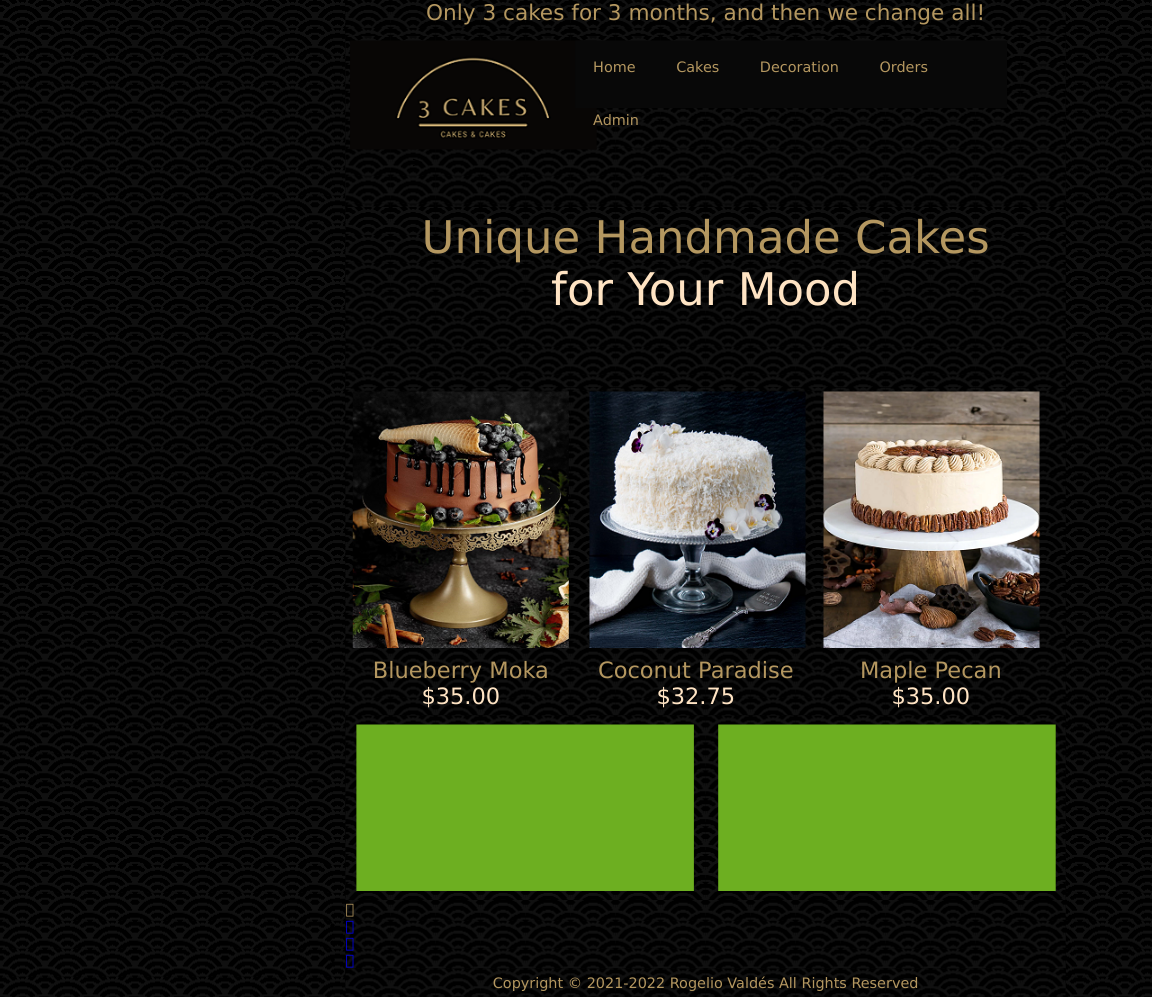
Repository: roge64/htmlfrontend
Page: index.html
The author's editor kept a copy of each file at every save. The page is drawn from the files as they stood at one save, then again after the next save.
The browser window is 1280 px wide. The pictures show the whole page, at 90% of full size.
Some web libraries are served in a nearby version.

Above is the page before, as saved 2022-03-03 21:37:41.

### index.html
<!DOCTYPE html>
<html lang="en">
<head>
    <meta charset="UTF-8">
    <meta http-equiv="X-UA-Compatible" content="IE=edge">
    <meta name="viewport" content="width=device-width, initial-scale=1.0">
    <title>3 Cakes</title>
    <link rel="stylesheet" href="estilos/estilos.css">
    <link rel="stylesheet" href="http://cdnjs.cloudflare.com/ajax/libs/font-awesome/4.4.0/css/font-awesome.min.css">
</head>

<section>

    <section id="container">

        <header>
            <p style="color:#b49760"> Only 3 cakes for 3 months, and then we change all! </p>
            <!-- <h1> <a href="index.html"><img src="/img/logob.png" alt="logo.png"></a> </h1> -->
        </header>

        <section id="banner">

            <!-- <h1> <a href="index.html"><img src="/img/logob.png" alt="logo.png"></a> </h1> -->
            <!-- <article> <a href="index.html"><img src="/img/logob.png" alt="logo.png"></a> </article> -->

            <article id="banner1"  <a href="index.html"> <img src="/img/logob.png"  alt="logo.png"></a>></article>
            <article id="banner2">
                <ul class="menu">

                <li><a href="#home"></a>Home</li>
                <li><a href="#cakes"></a>Cakes</li>
                <li><a href="#decor"></a>Decoration</li>
                <li><a href="#order"></a>Orders</li>
                <li><a href="#admin"></a>Admin</li>
            </ul></article>

        </section>

        <section id="noticias">

            <article id="news1">
                <p style="color:#b49760"> Unique Handmade Cakes</p>
                <p style="color: bisque"> for Your Mood</p>
            </article>


        </section>

        <section id="tienda">
            <article id="cake1"> <img src="/img/cake1.png"  alt="logo.png"></article>
            <article id="cake2"> <img src="/img/cake2.png"  alt="logo.png"></article>
            <article id="cake3"> <img src="/img/cake3.png"  alt="logo.png"></article>
        </section>


        <section id="names">
            <article id="name1">
                <p style="color:#b49760"> Blueberry Moka</p>
                <p style="color: bisque"> $35.00</p>
            </article>
            <article id="name2">
                <p style="color:#b49760"> Coconut Paradise</p>
                <p style="color: bisque"> $32.75</p>
            </article>
            <article id="name3">
                <p style="color:#b49760"> Maple Pecan</p>
                <p style="color: bisque"> $35.00</p>
            </article>
        </section>


        <section id="marcas">
            <article id="mark1">

            </article>
            <article id="mark2">

            </article>
        </section>

        <div class="social">
            <ul>
                <li><a href="#" target="_self" rel="noopener noreferrer" style="color:#b49760"><span class="queeny_fa5_icons fab fa-twitter"></span></a></li>
                <li><a href="#" target="_self" rel="noopener noreferrer"><span class="queeny_fa5_icons fab fa-facebook-f"></span></a></li>
                <li><a href="#" target="_self" rel="noopener noreferrer"><span class="queeny_fa5_icons fab fa-instagram"></span></a></li>
                <li><a href="#" target="_self" rel="noopener noreferrer"><span class="queeny_fa5_icons fab fa-youtube"></span></a></li>
            </ul>

        </div>

        <footer>
            <p style="color:#b49760"> Copyright &copy; 2021-<script>document.write(new Date().getFullYear())</script> Rogelio Valdés All Rights Reserved</p>
            <article id="footer1"></article>
        </footer>

    </section>

</body>

</html>

### estilos/estilos.css
*{
    border: 0 ;
    margin: 0 ;
    padding: 0;
}

body{
    font-family: Geneva;
    background-color: rgb(0, 0, 0);
    width:40%;
    margin-left:auto;
    margin-right:auto;

    background-color:black;
background-image:
radial-gradient(circle at 100% 150%, black 24%, #101010 24%, #101010 28%, black 28%, black 36%, #101010 36%, #101010 40%, transparent 40%, transparent),
radial-gradient(circle at 0    150%, black 24%, #101010 24%, #101010 28%, black 28%, black 35%, #101010 36%, #101010 40%, transparent 40%, transparent),
radial-gradient(circle at 50%  100%, #101010 10%, black 10%, black 23%, #101010 23%, #101010 30%, black 30%, black 43%, #101010 43%, #101010 50%, black 50%, black 63%, #101010 63%, #101010 71%, transparent 71%, transparent),
radial-gradient(circle at 100% 50%, #101010 5%, black 5%, black 15%, #101010 15%, #101010 20%, black 20%, black 29%, #101010 29%, #101010 34%, black 34%, black 44%, #101010 44%, #101010 49%, transparent 49%, transparent),
radial-gradient(circle at 0    50%, #101010 5%, black 5%, black 15%, #101010 15%, #101010 20%, black 20%, black 29%, #101010 29%, #101010 34%, black 34%, black 44%, #101010 44%, #101010 48%, transparent 49%, transparent);
background-size: 50px 31px;
/*     background-image: url("/img/papyrus-dark.png"); */
}

.menu{
    list-style: none;
    padding: 0;
    background: #080808;
    width: 80%;
    height: 75px;
    max-width: 500px;
    margin: auto;
}

.menu li{
    text-decoration: none;
    color: #b49760;
    padding: 20px;
    display: block;
}

.menu li{
    display: inline-block;
    text-align: right;
}

.menu li:hover{
    background:rgb(41, 23, 3);
}


#container, header, #banner, #noticias, #marcas, footer{
    /* background-color:rgb(255, 255, 255); */
    background-color:black;
background-image:
radial-gradient(circle at 100% 150%, black 24%, #101010 24%, #101010 28%, black 28%, black 36%, #101010 36%, #101010 40%, transparent 40%, transparent),
radial-gradient(circle at 0    150%, black 24%, #101010 24%, #101010 28%, black 28%, black 35%, #101010 36%, #101010 40%, transparent 40%, transparent),
radial-gradient(circle at 50%  100%, #101010 10%, black 10%, black 23%, #101010 23%, #101010 30%, black 30%, black 43%, #101010 43%, #101010 50%, black 50%, black 63%, #101010 63%, #101010 71%, transparent 71%, transparent),
radial-gradient(circle at 100% 50%, #101010 5%, black 5%, black 15%, #101010 15%, #101010 20%, black 20%, black 29%, #101010 29%, #101010 34%, black 34%, black 44%, #101010 44%, #101010 49%, transparent 49%, transparent),
radial-gradient(circle at 0    50%, #101010 5%, black 5%, black 15%, #101010 15%, #101010 20%, black 20%, black 29%, #101010 29%, #101010 34%, black 34%, black 44%, #101010 44%, #101010 48%, transparent 49%, transparent);
background-size: 50px 31px;

    height: 1100px;
    width: 800px;

}

header{
/*     background-color:antiquewhite;
 */
    height: 40px;
    text-align: center;
    font-size: x-large;

}

#banner{
    background-color:#080808;
/*     background-color:rgb(25, 25, 25); */
    width: 600;
    height: 190px;


}


#noticias{
/*     background-color: antiquewhite;
 */
    height: 200px;
}

#tienda #names{
/*     background-color: grey; */
/* background-color:black;
background-image:
radial-gradient(circle at 100% 150%, black 24%, #101010 24%, #101010 28%, black 28%, black 36%, #101010 36%, #101010 40%, transparent 40%, transparent),
radial-gradient(circle at 0    150%, black 24%, #101010 24%, #101010 28%, black 28%, black 35%, #101010 36%, #101010 40%, transparent 40%, transparent),
radial-gradient(circle at 50%  100%, #101010 10%, black 10%, black 23%, #101010 23%, #101010 30%, black 30%, black 43%, #101010 43%, #101010 50%, black 50%, black 63%, #101010 63%, #101010 71%, transparent 71%, transparent),
radial-gradient(circle at 100% 50%, #101010 5%, black 5%, black 15%, #101010 15%, #101010 20%, black 20%, black 29%, #101010 29%, #101010 34%, black 34%, black 44%, #101010 44%, #101010 49%, transparent 49%, transparent),
radial-gradient(circle at 0    50%, #101010 5%, black 5%, black 15%, #101010 15%, #101010 20%, black 20%, black 29%, #101010 29%, #101010 34%, black 34%, black 44%, #101010 44%, #101010 48%, transparent 49%, transparent);
background-size: 50px 31px; */

    height: 300px;
    width: 780px;
    padding-left: 10px;
    padding-right: 10px;
    padding-top: 5px;
    text-align: center;
}

#marcas{
/*     background-color:rgb(58, 41, 18); */
    height: 205px;
}


footer{
    width: 800px;
/*     background-color:rgb(0, 0, 0); */
    text-align: center;
    height: 25px;
    padding-top: 7px;

}

#banner #banner1{
/*     background-color: rgb(180, 134, 73); */
    width: 150px;
    height: 145px;
    float: left;
    text-align: center;
/*     display: inline-block; */
    margin: 5px 5px;
}

#banner #banner2{
/*     background-color: rgb(180, 134, 73); */
    width: 600px;
    height: 145px;
    float: right;
/*     display: inline-block; */
    /* vertical-align: center;  */
    margin: 5px 5px;
}

#noticias #news1{
/*     background-color: rgb(41, 38, 34); */
    font-size: 50px;

    text-align: center;
    width: 790px;
    height: 200px;
    display: inline-block;
    vertical-align: center;
    margin: 5px 5px;

}


#tienda #cake1{
    background: rgb(109, 175, 33);
    width: 240px;
    height: 285px;
    display: inline-block;
    vertical-align: top;
    margin: 5px 8px;
}

#tienda #cake2{
    background: rgb(41, 23, 3);
    width: 240px;
    height: 285px;
    display: inline-block;
    vertical-align: top;
    margin: 5px 10px;
}

#tienda #cake3{
    background: rgb(175, 169, 112);
    width: 240px;
    height: 285px;
    display: inline-block;
    vertical-align: top;
    margin: 5px 5px;
}

#names #name1{
    font-size: 25px;
    text-align: center;
    width: 240px;
    height: 60px;
    display: inline-block;
    vertical-align: top;
    margin: 5px 8px;
}

#names #name2{
    font-size: 25px;
    text-align: center;
    width: 240px;
    height: 60px;
    display: inline-block;
    vertical-align: top;
    margin: 5px 8px;
}

#names #name3{
    font-size: 25px;
    text-align: center;
    width: 240px;
    height: 60px;
    display: inline-block;
    vertical-align: top;
    margin: 5px 8px;
}

#marcas #mark1{
    background: rgb(109, 175, 33);
    width: 375px;
    height: 185px;
    display: inline-block;
    vertical-align: center;
    margin: 10px 12px;
}

#marcas #mark2{
    background: rgb(109, 175, 33);
    width: 375px;
    height: 185px;
    display: inline-block;
    vertical-align: center;
    margin: 10px 10px;
}
/*
#footer #footer1{
    background-color:antiquewhite;
    text-align: center;
    height: 20px;
} */

After the next save:
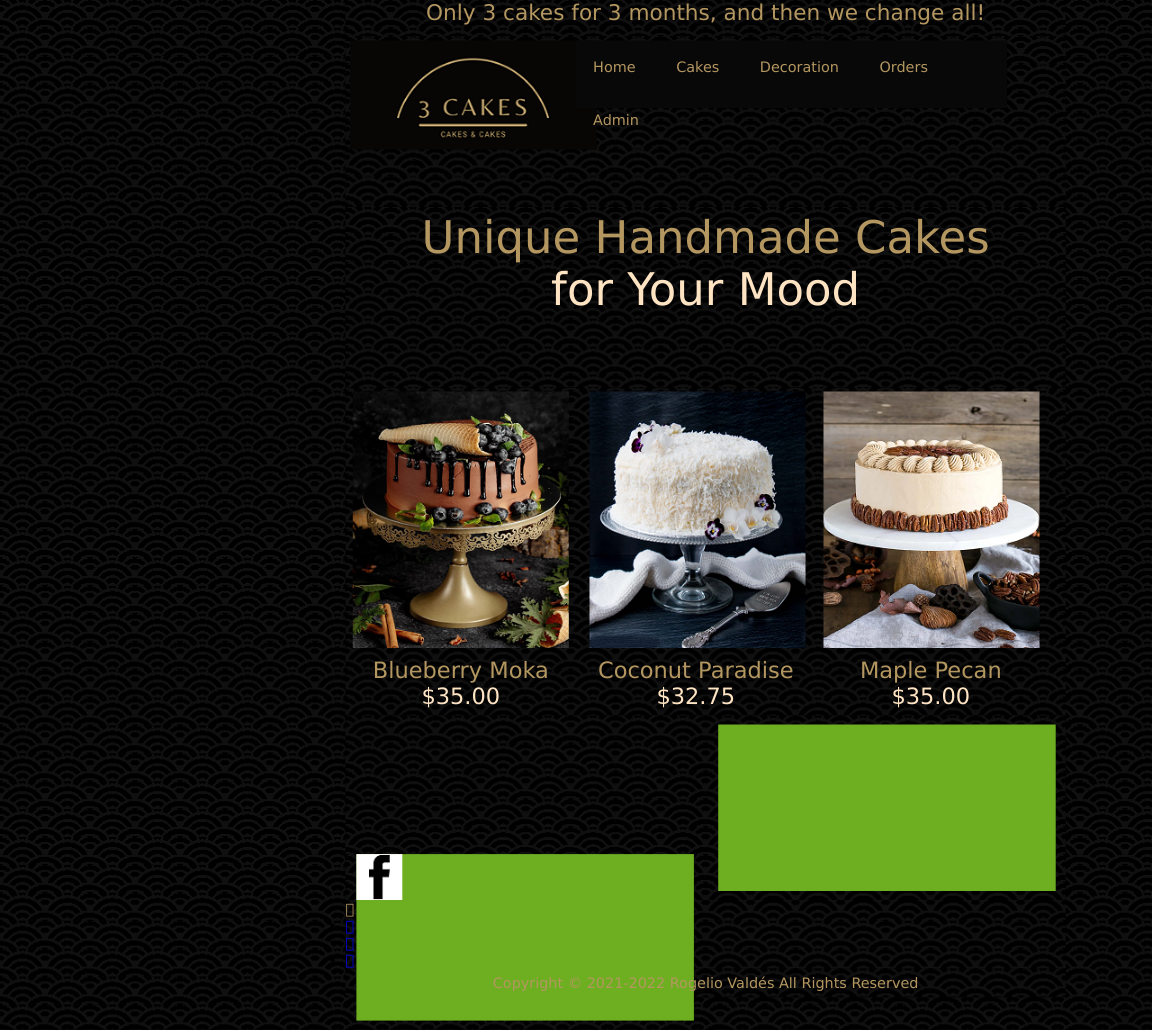
Saved 3 min 30 s later.
--- a/index.html
+++ b/index.html
@@ -71,7 +71,7 @@
 
         <section id="marcas">
             <article id="mark1">
-
+                <a href="#"><img src="img/facebook.png" alt="facebook"></a>
             </article>
             <article id="mark2">
 
